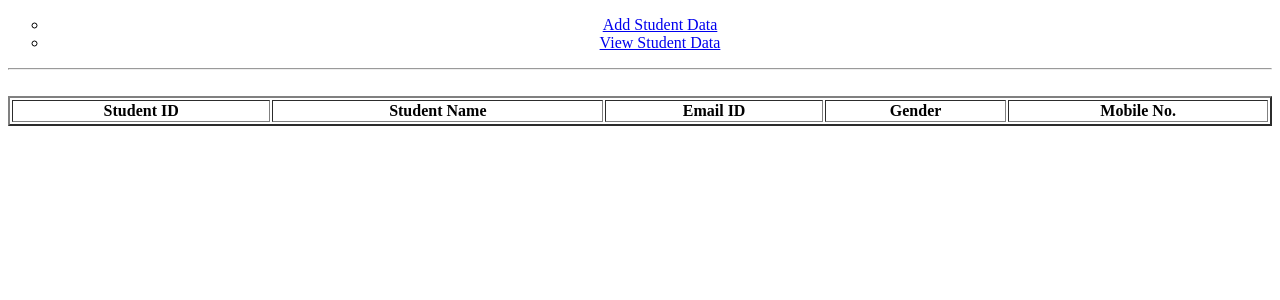
Repository: KrishMoradiya/Aixtor-Training-Projects-Backup
Page: http://localhost/Students/StudentData.jsp
The author's editor kept a copy of each file at every save. The page is drawn from the files as they stood at one save, then again after the next save.
The browser window is 1280 px wide. The pictures show the whole page.
The page is served by Tomcat 10. Other server files are loaded and not shown. Queries for data that is not in the repository find no rows.

Above is the page before, as saved 2023-12-20 16:59:46.

### Workspace - Eclipse Enterprise Edition/Students/src/main/webapp/StudentData.jsp
<%@ page language="java" contentType="text/html; charset=UTF-8"
    pageEncoding="UTF-8"%>
<%@taglib uri="http://java.sun.com/jsp/jstl/sql" prefix="sql" %>
<%@ taglib uri="http://java.sun.com/jsp/jstl/core" prefix="c"%>
<%@ taglib uri="http://java.sun.com/jsp/jstl/sql" prefix="sql"%>
<!DOCTYPE html PUBLIC "-//W3C//DTD HTML 4.01 Transitional//EN" "http://www.w3.org/TR/html4/loose.dtd">
<html>
<head>
<meta http-equiv="Content-Type" content="text/html; charset=UTF-8">
<title>Insert title here</title>
</head>
<body>
	<jsp:include page="header.jsp"></jsp:include>

	<center>
		<sql:setDataSource var="db" driver="com.mysql.jdbc.Driver" url="jdbc:mysql://localhost/student" user="root"  password="root"/>
		<sql:query dataSource="${db}" var="rs">SELECT * from studentdata;</sql:query>
		<table border="2" width="100%">
		<tr>
			<th>Student ID</th>
			<th>Student Name</th>
			<th>Email ID</th>
			<th>Gender</th>
			<th>Mobile No.</th>
		</tr>
			<c:forEach var="data" items="${rs.rows}">
				<tr>
					<td><c:out value="${data.id}"/></td>
					<td><c:out value="${data.name}"/></td>
					<td><c:out value="${data.email}"/></td>
					<td><c:out value="${data.gender}"/></td>
					<td><c:out value="${data.mobile}"/></td>
				</tr>
			</c:forEach>
		</table>
	</center>
</body>
</html>

### Workspace - Eclipse Enterprise Edition/Students/src/main/webapp/header.jsp
<%@ page language="java" contentType="text/html; charset=UTF-8"
    pageEncoding="UTF-8"%>
<!DOCTYPE html PUBLIC "-//W3C//DTD HTML 4.01 Transitional//EN" "http://www.w3.org/TR/html4/loose.dtd">
<html>
<head>
<meta http-equiv="Content-Type" content="text/html; charset=UTF-8">
<title>Insert title here</title>
</head>
<body>
	<center>
		<ul type="circle">
			<li><a href="RegisterStudent.jsp">Add Student Data</a></li>
			<li><a href="RegisterStudent.jsp">View Student Data</a></li>
		</ul>
		<hr><br>
	</center>
</body>
</html>

After the next save:
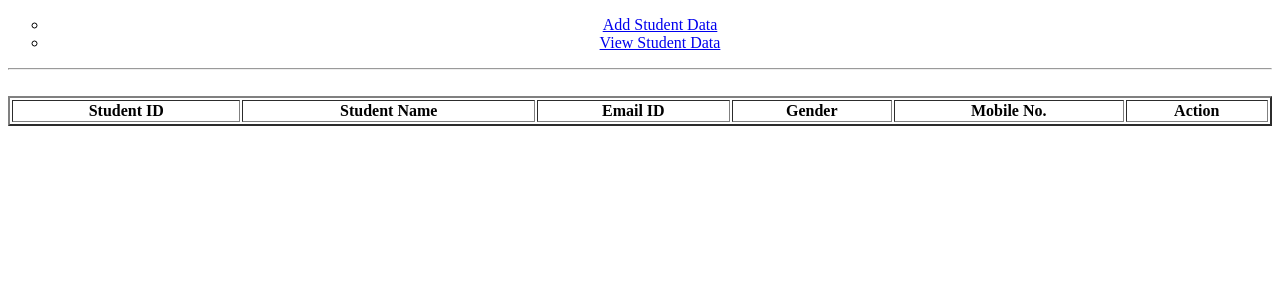
Saved 10 s later.
--- a/Workspace - Eclipse Enterprise Edition/Students/src/main/webapp/StudentData.jsp
+++ b/Workspace - Eclipse Enterprise Edition/Students/src/main/webapp/StudentData.jsp
@@ -22,6 +22,7 @@
 			<th>Email ID</th>
 			<th>Gender</th>
 			<th>Mobile No.</th>
+			<th>Action</th>
 		</tr>
 			<c:forEach var="data" items="${rs.rows}">
 				<tr>
